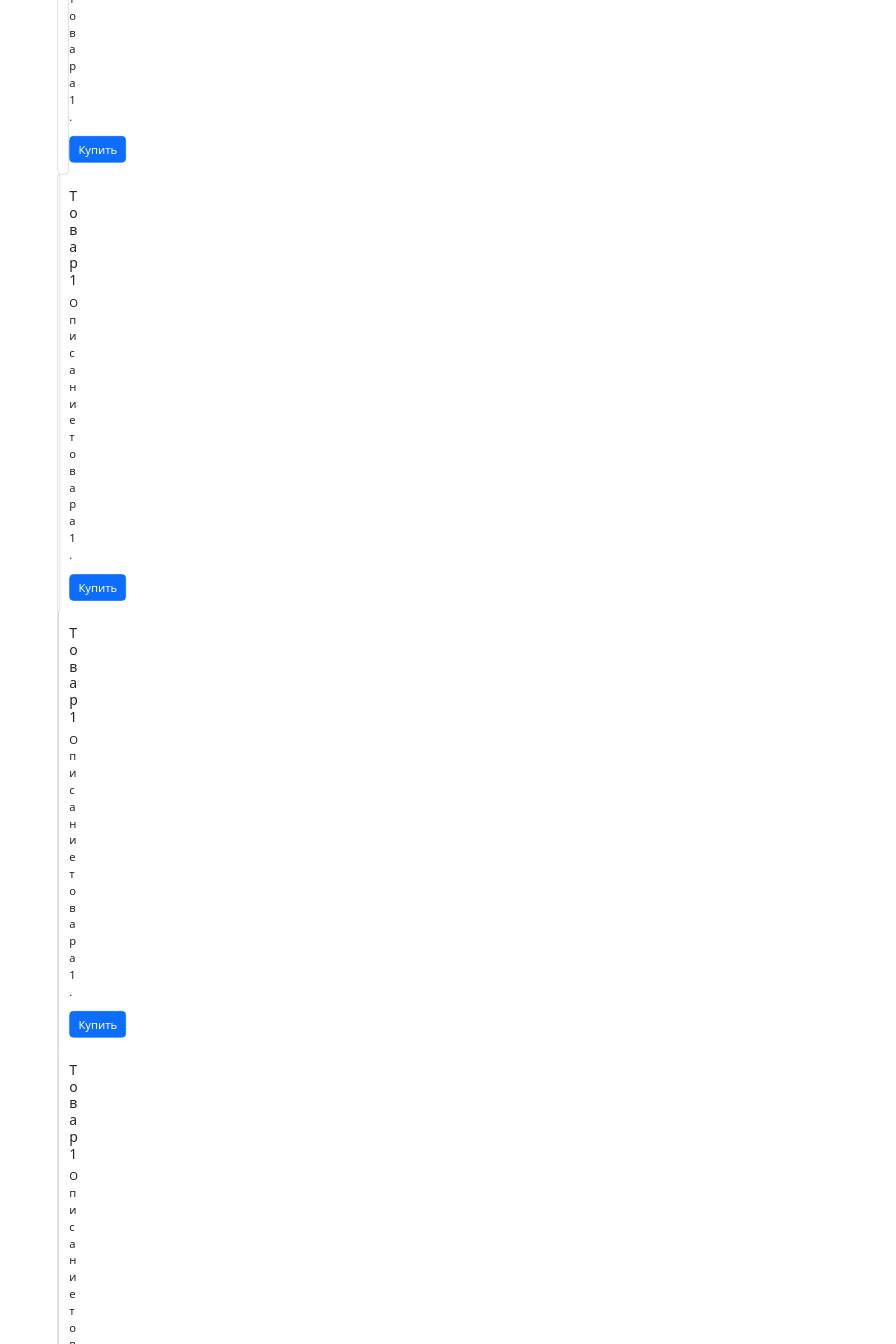
Repository: smartsoltech/kexp-shop
Page: main/catalog/templates/catalog/base.html
An editor plug-in stored every save of this project. The page is shown before and after the next save, followed by the edit.
The browser window is 1280 px wide. The pictures show the part of the page from y = 1965 to 3885 px (the page is 4113 px tall before and 2239 px after), at 70% of full size.
The template is drawn by Django 4.2. The application's start-up code is not run. Other server files are loaded and not shown. The template is opened directly, without the code that normally fills it, so the values that code supplies are empty.

Above is the page before, as saved 2023-03-14 13:45:14.

### main/catalog/templates/catalog/base.html
<!DOCTYPE html>
<html lang="ru">
<head>
  <meta charset="UTF-8">
  <meta name="viewport" content="width=device-width, initial-scale=1.0">
  <title>{% block title %}{% endblock %}</title>
  <!-- Подключение Bootstrap CSS -->
  <link rel="stylesheet" href="https://cdn.jsdelivr.net/npm/bootstrap@5.2.3/dist/css/bootstrap.min.css" integrity="sha384-rbsA2VBKQhggwzxH7pPCaAqO46MgnOM80zW1RWuH61DGLwZJEdK2Kadq2F9CUG65" crossorigin="anonymous"></head>
<body>

  <!-- Навигационная панель -->
  <nav class="navbar navbar-expand-lg navbar-light bg-light">
    <div class="container">
      <a class="navbar-brand" href="{% url 'home' %}">K-EXP</a>
      <button class="navbar-toggler" type="button" data-bs-toggle="collapse" data-bs-target="#navbarNav" aria-controls="navbarNav" aria-expanded="false" aria-label="Toggle navigation">
        <span class="navbar-toggler-icon"></span>
      </button>
      <div class="collapse navbar-collapse" id="navbarNav">
        <ul class="navbar-nav">
          <li class="nav-item">
            <a class="nav-link active" aria-current="page" href="{% url 'home' %}">Главная</a>
          </li>
          <li class="nav-item">
            <a class="nav-link" href="#">Каталог товаров</a>
          </li>
          <li class="nav-item">
            <a class="nav-link" href="{% url 'about' %}">О нас</a>
          </li>
          <li class="nav-item">
            <a class="nav-link" href="#">Контакты</a>
          </li>
        </ul>
      </div>
    </div>
  </nav>

  <!-- Хлебные крошки -->
  <nav aria-label="breadcrumb">
    <div class="container">
      <ol class="breadcrumb">
        <li class="breadcrumb-item"><a href="#">Главная</a></li>
        <li class="breadcrumb-item active" aria-current="page">Каталог товаров</li>
      </ol>
    </div>
  </nav>

  <!-- Основное содержимое -->
  <div class="container my-4">
    <h1>Каталог товаров</h1>
    <div class="row">
      <div class="col-md-3">
        <div class="card">
          <img src="https://via.placeholder.com/150" class="card-img-top" alt="...">
          <div class="card-body">
            <h5 class="card-title">Товар 1</h5>
            <p class="card-text">Описание товара 1.</p>
            <a href="#" class="btn btn-primary">Купить</a>
          </div>
        </div>
        <div class="col-md-3">
          <div class="card">
            <img src="https://via.placeholder.com/150" class="card-img-top" alt="...">
            <div class="card-body">
              <h5 class="card-title">Товар 1</h5>
              <p class="card-text">Описание товара 1.</p>
              <a href="#" class="btn btn-primary">Купить</a>
            </div>
          </div>
          <div class="col-md-3">
            <div class="card">
              <img src="https://via.placeholder.com/150" class="card-img-top" alt="...">
              <div class="card-body">
                <h5 class="card-title">Товар 1</h5>
                <p class="card-text">Описание товара 1.</p>
                <a href="#" class="btn btn-primary">Купить</a>
              </div>
            </div>
      </div>
    <div class="col">
      <div class="col-md-3">
        <div class="card">
          <img src="https://via.placeholder.com/150" class="card-img-top" alt="...">
          <div class="card-body">
            <h5 class="card-title">Товар 1</h5>
            <p class="card-text">Описание товара 1.</p>
            <a href="#" class="btn btn-primary">Купить</a>
          </div>
        </div>
        <div class="col-md-3">
          <div class="card">
            <img src="https://via.placeholder.com/150" class="card-img-top" alt="...">
            <div class="card-body">
              <h5 class="card-title">Товар 1</h5>
              <p class="card-text">Описание товара 1.</p>
              <a href="#" class="btn btn-primary">Купить</a>
            </div>
          </div>
          <div class="col-md-3">
            <div class="card">
              <img src="https://via.placeholder.com/150" class="card-img-top" alt="...">
              <div class="card-body">
                <h5 class="card-title">Товар 1</h5>
                <p class="card-text">Описание товара 1.</p>
                <a href="#" class="btn btn-primary">Купить</a>
              </div>
            </div>
            <div class="col-md-3">
              <div class="card">
                <img src="https://via.placeholder.com/150" class="card-img-top" alt="...">
                <div class="card-body">
                  <h5 class="card-title">Товар 1</h5>
                  <p class="card-text">Описание товара 1.</p>
                  <a href="#" class="btn btn-primary">Купить</a>
                </div>
              </div>
      </div>

After the next save:
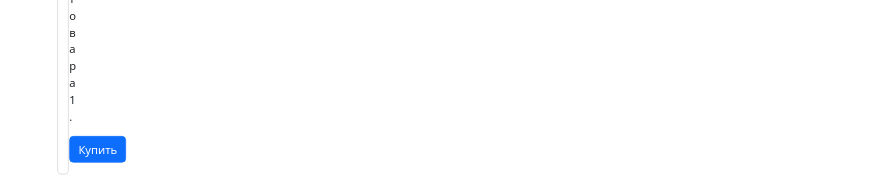
Saved 13 s later.
--- a/main/catalog/templates/catalog/base.html
+++ b/main/catalog/templates/catalog/base.html
@@ -86,31 +86,4 @@
             <a href="#" class="btn btn-primary">Купить</a>
           </div>
         </div>
-        <div class="col-md-3">
-          <div class="card">
-            <img src="https://via.placeholder.com/150" class="card-img-top" alt="...">
-            <div class="card-body">
-              <h5 class="card-title">Товар 1</h5>
-              <p class="card-text">Описание товара 1.</p>
-              <a href="#" class="btn btn-primary">Купить</a>
-            </div>
-          </div>
-          <div class="col-md-3">
-            <div class="card">
-              <img src="https://via.placeholder.com/150" class="card-img-top" alt="...">
-              <div class="card-body">
-                <h5 class="card-title">Товар 1</h5>
-                <p class="card-text">Описание товара 1.</p>
-                <a href="#" class="btn btn-primary">Купить</a>
-              </div>
-            </div>
-            <div class="col-md-3">
-              <div class="card">
-                <img src="https://via.placeholder.com/150" class="card-img-top" alt="...">
-                <div class="card-body">
-                  <h5 class="card-title">Товар 1</h5>
-                  <p class="card-text">Описание товара 1.</p>
-                  <a href="#" class="btn btn-primary">Купить</a>
-                </div>
-              </div>
       </div>
